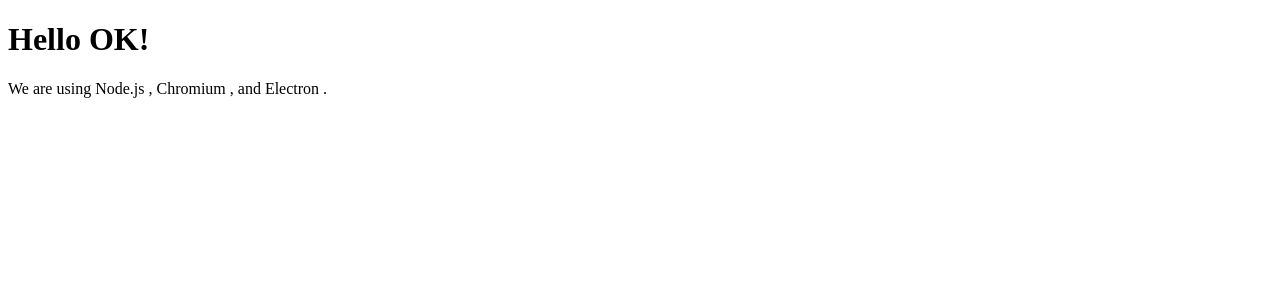
Repository: jaydeeppedhadiya/wot_demo
Page: index.html
These files come from the project's save history. The page is drawn as it stood at one moment and after the next save; the edit follows.
The browser window is 1280 px wide. The pictures show the whole page.

Above is the page before, as saved 2020-09-15 15:36:35.

### index.html
<!DOCTYPE html>
<html>
  <head>
    <meta charset="UTF-8">
    <!-- https://developer.mozilla.org/en-US/docs/Web/HTTP/CSP -->
    <meta http-equiv="Content-Security-Policy" content="default-src 'self'; script-src 'self'">
    <meta http-equiv="X-Content-Security-Policy" content="default-src 'self'; script-src 'self'">
    <title>Hello World 12!</title>
  </head>
  <body>
    <h1>Hello OK!</h1>
    We are using Node.js <span id="node-version"></span>,
    Chromium <span id="chrome-version"></span>,
    and Electron <span id="electron-version"></span>.

  </body>
</html>

After the next save:
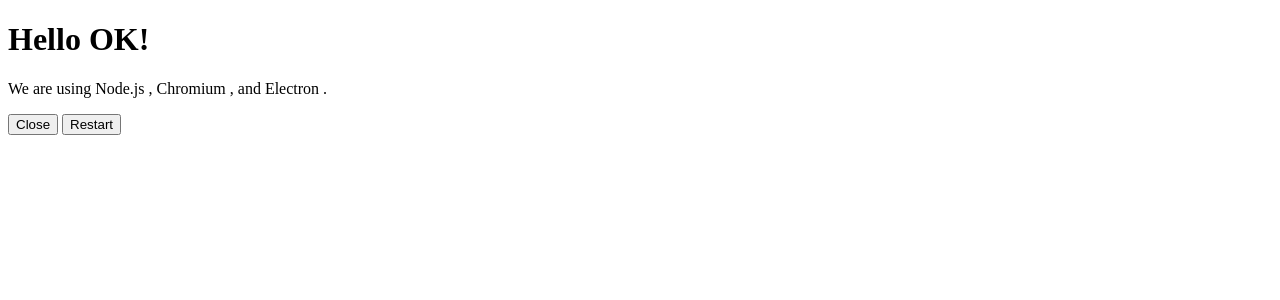
Saved 12 s later.
--- a/index.html
+++ b/index.html
@@ -1,17 +1,30 @@
 <!DOCTYPE html>
 <html>
-  <head>
+
+<head>
     <meta charset="UTF-8">
     <!-- https://developer.mozilla.org/en-US/docs/Web/HTTP/CSP -->
     <meta http-equiv="Content-Security-Policy" content="default-src 'self'; script-src 'self'">
     <meta http-equiv="X-Content-Security-Policy" content="default-src 'self'; script-src 'self'">
     <title>Hello World 12!</title>
-  </head>
-  <body>
+</head>
+
+<body>
     <h1>Hello OK!</h1>
     We are using Node.js <span id="node-version"></span>,
     Chromium <span id="chrome-version"></span>,
     and Electron <span id="electron-version"></span>.
 
-  </body>
+
+    <div id="notification" class="hidden">
+        <p id="message"></p>
+        <button id="close-button" onClick="closeNotification()">
+            Close
+        </button>
+        <button id="restart-button" onClick="restartApp()" class="hidden">
+            Restart
+        </button>
+    </div>
+</body>
+
 </html>
